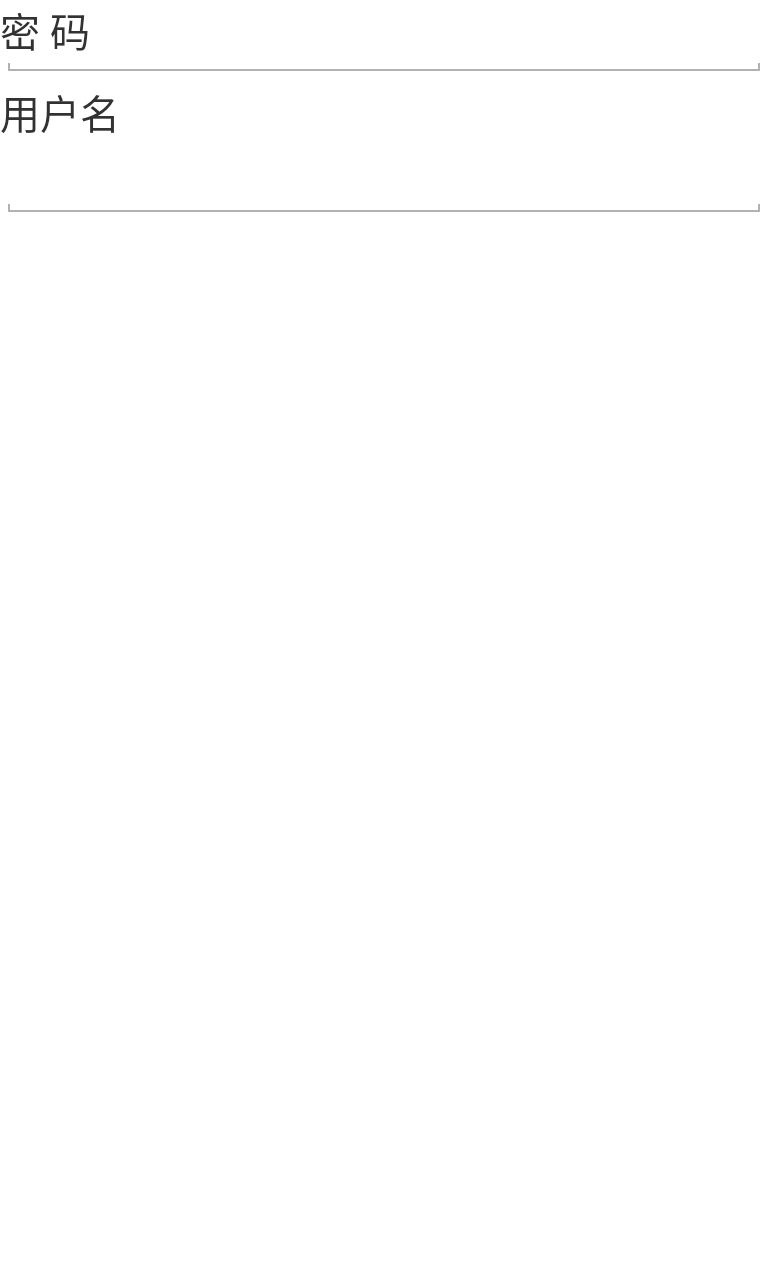
Repository: 17390089054/android
Layout: AlertDialog/res/layout/login.xml
An editor plug-in stored every save of this project. The layout is shown before and after the next save, followed by the edit.
It is drawn on a 768 x 1280 px phone screen (xhdpi) without system bars, with theme AppTheme; the app's code is not run.

Above is the layout before, as saved 2018-05-03 16:20:57.

### AlertDialog/res/layout/login.xml
<?xml version="1.0" encoding="utf-8"?>
<RelativeLayout xmlns:android="http://schemas.android.com/apk/res/android"
    android:layout_width="match_parent"
    android:layout_height="match_parent"
    android:orientation="vertical" >

    <EditText
        android:layout_width="match_parent"
        android:layout_height="wrap_content"
        android:layout_alignParentLeft="true"
        android:layout_below="@+id/textView1"
        android:ems="10"
        android:singleLine="true" />

    <TextView
        android:id="@+id/textView1"
        android:layout_width="wrap_content"
        android:layout_height="wrap_content"
        android:layout_alignParentLeft="true"
        android:layout_alignParentTop="true"
        android:layout_marginTop="41dp"
        android:text="用户名"
        android:textSize="20sp" />

    <TextView
        android:layout_width="wrap_content"
		android:layout_height="wrap_content"
        android:textSize="20sp"
        android:text="密 码"
        />
    <EditText
        android:layout_width="match_parent"
        android:layout_height="wrap_content"
        android:singleLine="true"
        />




</RelativeLayout>

Loaded but not shown: AlertDialog/res/values/styles.xml (common file); AlertDialog/res/values-v11/styles.xml (common file); AlertDialog/res/values-v14/styles.xml (common file)

After the next save:
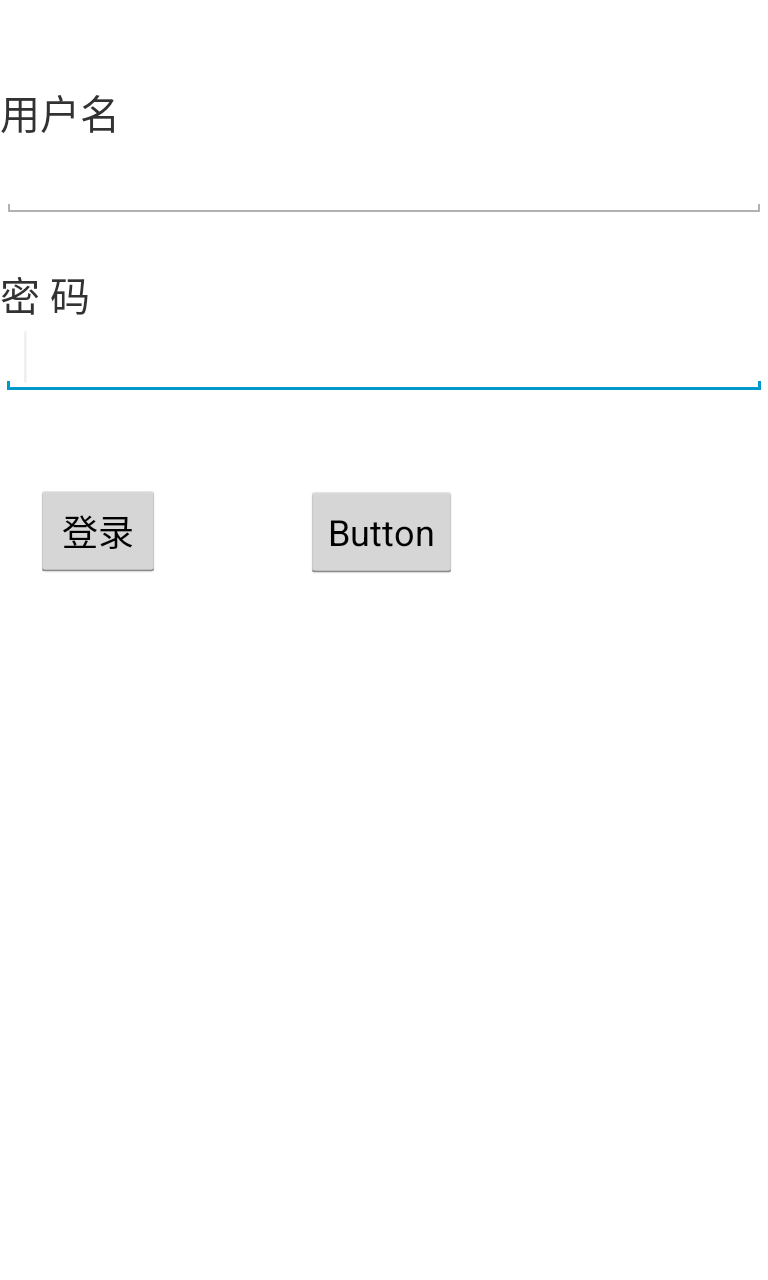
Saved 37 s later.
--- a/AlertDialog/res/layout/login.xml
+++ b/AlertDialog/res/layout/login.xml
@@ -5,6 +5,7 @@
     android:orientation="vertical" >
 
     <EditText
+        android:id="@+id/editText1"
         android:layout_width="match_parent"
         android:layout_height="wrap_content"
         android:layout_alignParentLeft="true"
@@ -22,19 +23,46 @@
         android:text="用户名"
         android:textSize="20sp" />
 
+    <EditText
+        android:id="@+id/editText2"
+        android:layout_width="match_parent"
+        android:layout_height="wrap_content"
+        android:layout_alignParentLeft="true"
+        android:layout_below="@+id/editText1"
+        android:layout_marginTop="49dp"
+        android:ems="10"
+        android:singleLine="true" >
+
+        <requestFocus />
+    </EditText>
+
     <TextView
         android:layout_width="wrap_content"
-		android:layout_height="wrap_content"
-        android:textSize="20sp"
+        android:layout_height="wrap_content"
+        android:layout_alignParentLeft="true"
+        android:layout_below="@+id/editText1"
+        android:layout_marginTop="22dp"
         android:text="密 码"
-        />
-    <EditText
-        android:layout_width="match_parent"
+        android:textSize="20sp" />
+
+    <Button
+        android:id="@+id/button1"
+        android:layout_width="wrap_content"
         android:layout_height="wrap_content"
-        android:singleLine="true"
-        />
+        android:layout_alignParentLeft="true"
+        android:layout_below="@+id/editText2"
+        android:layout_marginLeft="17dp"
+        android:layout_marginTop="43dp"
+        android:text="登录" />
 
-
-
+    <Button
+        android:id="@+id/button2"
+        android:layout_width="wrap_content"
+        android:layout_height="wrap_content"
+        android:layout_alignBaseline="@+id/button1"
+        android:layout_alignBottom="@+id/button1"
+        android:layout_marginLeft="71dp"
+        android:layout_toRightOf="@+id/button1"
+        android:text="Button" />
 
 </RelativeLayout>
